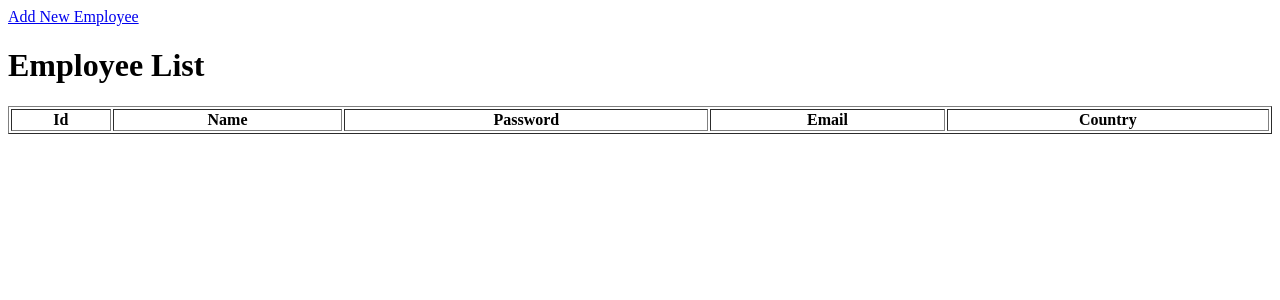
Repository: nikhil-jon12/lecture
Page: http://localhost/ServletCRUD/ViewServlet
The author's editor kept a copy of each file at every save. The page is drawn from the files as they stood at one save, then again after the next save.
The browser window is 1280 px wide. The pictures show the whole page.
The page is served by Tomcat 9. Other server files are loaded and not shown. Queries for data that is not in the repository find no rows.

Above is the page before, as saved 2019-11-19 10:30:08.

### ServletCRUD/src/ViewServlet.java


import java.io.IOException;
import java.io.PrintWriter;
import java.util.List;

import javax.servlet.ServletException;
import javax.servlet.annotation.WebServlet;
import javax.servlet.http.HttpServlet;
import javax.servlet.http.HttpServletRequest;
import javax.servlet.http.HttpServletResponse;

/**
 * Servlet implementation class ViewServlet
 */
@WebServlet("/ViewServlet")
public class ViewServlet extends HttpServlet {
	private static final long serialVersionUID = 1L;

    /**
     * @see HttpServlet#HttpServlet()
     */
    public ViewServlet() {
        super();
        // TODO Auto-generated constructor stub
    }

	/**
	 * @see HttpServlet#doGet(HttpServletRequest request, HttpServletResponse response)
	 */
	protected void doGet(HttpServletRequest request, HttpServletResponse response) throws ServletException, IOException {
		// TODO Auto-generated method stub
		//response.getWriter().append("Served at: ").append(request.getContextPath());

		response.setContentType("text/html");
		PrintWriter pw=response.getWriter();
		pw.print("<a href='index.html'>Add New Employee</a>");
		pw.print("<h1>Employee List</h2>");

		List<Employee> list=EmpDao.getAllEmployees();

		pw.print("<table border='1' width='100%'");
		pw.print("<tr><th>Id</th><th>Name</th><th>Password</th><th>Email</th><th>Country</th></tr>");
		for(Employee e:list)
		{
			pw.print("<tr><td>"+e.getId()+"</td><td>"+e.getName()+"</td><td>"+e.getPassword()+"</td> <td>"+e.getEmail()+"</td><td>"+e.getCountry()+"</td></tr>");
		}
		pw.print("</table>");
		pw.close();
	}

	/**
	 * @see HttpServlet#doPost(HttpServletRequest request, HttpServletResponse response)
	 */
	protected void doPost(HttpServletRequest request, HttpServletResponse response) throws ServletException, IOException {
		// TODO Auto-generated method stub
		doGet(request, response);
	}

}

### ServletCRUD/src/EmpDao.java
import java.sql.Connection;
import java.sql.DriverManager;
import java.sql.PreparedStatement;
import java.sql.ResultSet;
import java.util.ArrayList;
import java.util.List;

public class EmpDao {

	public static Connection getConnection()
	{
		Connection con=null;
		try
		{
			Class.forName("com.mysql.jdbc.Driver");
			con=DriverManager.getConnection("jdbc:mysql://192.168.100.26:3306/group003","group003","welcome");
		}
		catch(Exception e)
		{
			System.out.println(e);
		}
		return con;
	}

	public static int save(Employee e)
	{
		int status=0;
		try
		{
			Connection con=EmpDao.getConnection();
			PreparedStatement ps=con.prepareStatement("insert into Employee1(name,password,email,country) values (?,?,?,?)");
			ps.setString(1,e.getName());
			ps.setString(2,e.getPassword());
			ps.setString(3,e.getEmail());
			ps.setString(4,e.getCountry());

			status=ps.executeUpdate();
			con.close();
		}
		catch(Exception es)
		{
			System.out.println(es);
		}

		return status;
	}

	public static List<Employee> getAllEmployees()
	{
		List<Employee> list=new ArrayList<Employee>();

		try
		{
			Connection con=EmpDao.getConnection();
			PreparedStatement ps=con.prepareStatement("select * from Employee1");
			ResultSet rs=ps.executeQuery();
			while(rs.next())
			{
				Employee e=new Employee();
				e.setId(rs.getInt(1));
				e.setName(rs.getString(2));
				e.setPassword(rs.getString(3));
				e.setEmail(rs.getString(4));
				e.setCountry(rs.getString(5));
				list.add(e);
			}
			con.close();
		}
		catch(Exception e)
		{
			System.out.println(e);
		}
		return list;
	}
}

After the next save:
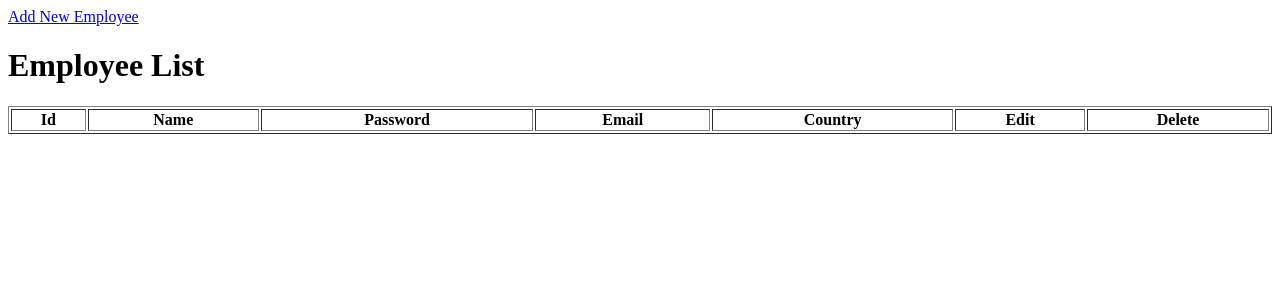
Saved 33 min 36 s later.
--- a/ServletCRUD/src/ViewServlet.java
+++ b/ServletCRUD/src/ViewServlet.java
@@ -40,7 +40,7 @@ public class ViewServlet extends HttpServlet {
 		List<Employee> list=EmpDao.getAllEmployees();
 
 		pw.print("<table border='1' width='100%'");
-		pw.print("<tr><th>Id</th><th>Name</th><th>Password</th><th>Email</th><th>Country</th></tr>");
+		pw.print("<tr><th>Id</th><th>Name</th><th>Password</th><th>Email</th><th>Country</th><th>Edit</th><th>Delete</th></tr>");
 		for(Employee e:list)
 		{
 			pw.print("<tr><td>"+e.getId()+"</td><td>"+e.getName()+"</td><td>"+e.getPassword()+"</td> <td>"+e.getEmail()+"</td><td>"+e.getCountry()+"</td></tr>");
